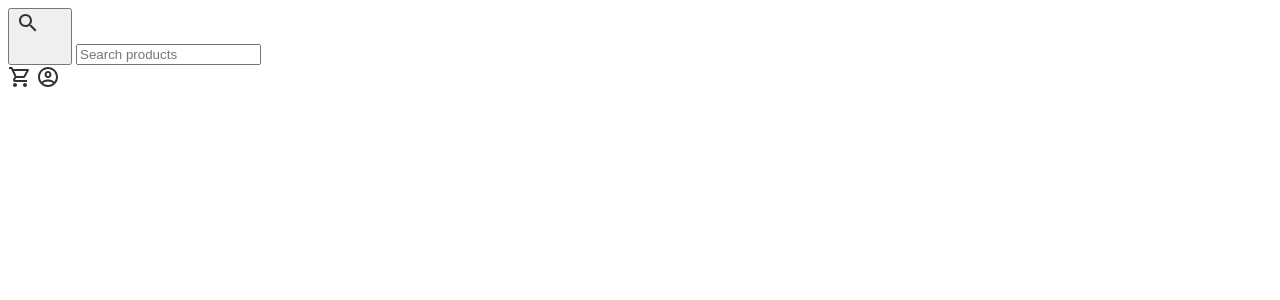
Repository: Kirillishko/homeworks
Page: src/index.html
An editor plug-in stored every save of this project. The page is shown before and after a run of saves, followed by the edit.
The browser window is 1280 px wide. The pictures show the whole page.

Above is the page before, as saved 2023-12-29 23:18:06.

### src/index.html
<!DOCTYPE html>
<html lang="en">
	<head>
		<meta charset="UTF-8" />
		<meta name="viewport" content="width=device-width, initial-scale=1.0" />
		<title>Главная</title>
	</head>
	<body>
		<header class="header">
			<div class="search-form">
				<button>
					<svg width="48px" height="48px">
						<g clip-path="url(#clip0_2903_338)">
							<path
								d="M15.5 14H14.71L14.43 13.73C15.41 12.59 16 11.11 16 9.5C16 5.91 13.09 3 9.5 3C5.91 3 3 5.91 3 9.5C3 13.09 5.91 16 9.5 16C11.11 16 12.59 15.41 13.73 14.43L14 14.71V15.5L19 20.49L20.49 19L15.5 14ZM9.5 14C7.01 14 5 11.99 5 9.5C5 7.01 7.01 5 9.5 5C11.99 5 14 7.01 14 9.5C14 11.99 11.99 14 9.5 14Z"
								fill="#323232" />
						</g>
					</svg>
				</button>
				<input type="search" placeholder="Search products" />
			</div>
			<nav>
				<a href="#"><img src="/public/icons/shopping_cart.svg" /></a>
				<a href="#"><img src="/public/icons/account_circle.svg" /></a>
			</nav>
		</header>
	</body>
</html>

After the next 2 saves:
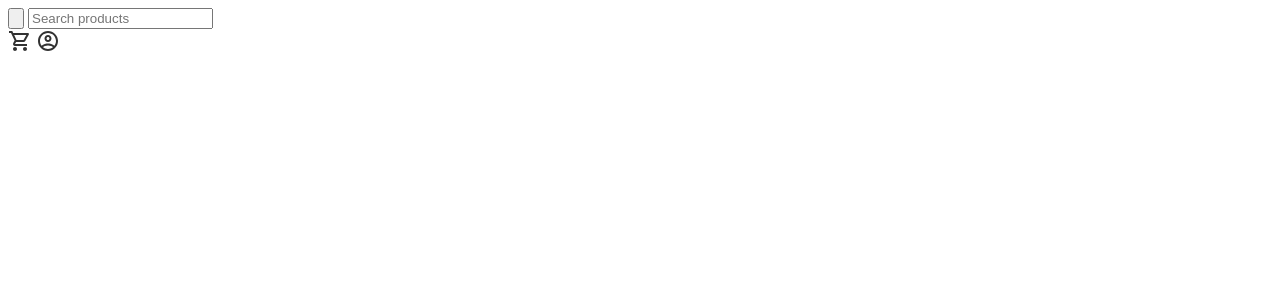
The 2 saves are shown as one change because they came seconds apart.
The last was saved 12 s later.
--- a/src/index.html
+++ b/src/index.html
@@ -9,7 +9,7 @@
 		<header class="header">
 			<div class="search-form">
 				<button>
-					<svg width="48px" height="48px">
+					<svg viewBox="0 0 24 24">
 						<g clip-path="url(#clip0_2903_338)">
 							<path
 								d="M15.5 14H14.71L14.43 13.73C15.41 12.59 16 11.11 16 9.5C16 5.91 13.09 3 9.5 3C5.91 3 3 5.91 3 9.5C3 13.09 5.91 16 9.5 16C11.11 16 12.59 15.41 13.73 14.43L14 14.71V15.5L19 20.49L20.49 19L15.5 14ZM9.5 14C7.01 14 5 11.99 5 9.5C5 7.01 7.01 5 9.5 5C11.99 5 14 7.01 14 9.5C14 11.99 11.99 14 9.5 14Z"
